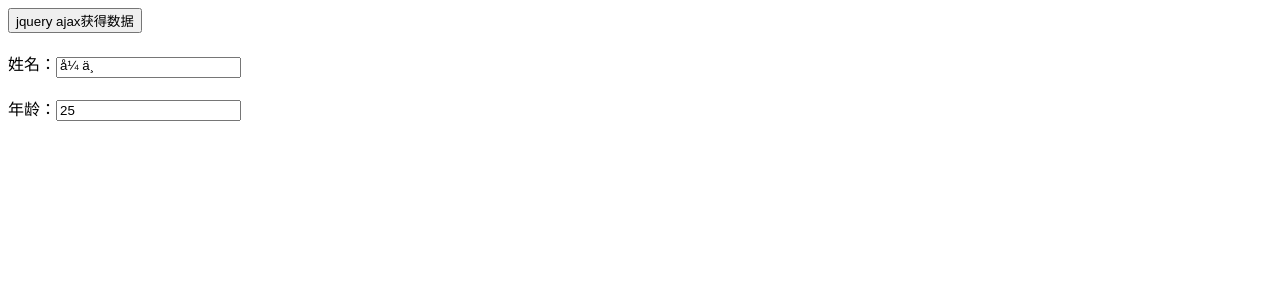
Repository: jsjchai/springmvc_study
Page: http://localhost/jquery02_ajax_json/post.jsp
The author's editor kept a copy of each file at every save. The page is drawn from the files as they stood at one save, then again after the next save.
The browser window is 1280 px wide. The pictures show the whole page.
Empty fields were first filled with sample values (such as "Sample", 5 or name@example.com).
After loading, the first visible `#b1` was clicked once.
The page is served by Tomcat 9.

Above is the page before, as saved 2015-04-08 15:51:52.

### springmvc/jquery/jquery02_ajax_json/WebContent/post.jsp
<%@ page language="java" contentType="text/html; charset=utf-8"
    pageEncoding="utf-8"%>
<!DOCTYPE html PUBLIC "-//W3C//DTD HTML 4.01 Transitional//EN" "http://www.w3.org/TR/html4/loose.dtd">
<html>
<head>
<meta http-equiv="Content-Type" content="text/html; charset=utf-8">
<script type="text/javascript" src="${pageContext.request.contextPath}/js/jquery-1.11.2.js"></script>
<script type="text/javascript">
	$(document).ready(function(){

		$("#b1").click(function(){
			$.post("jqueryServlet?action=post",{"name":"张三","age":25},function(data,textStatus){
				//alert(data);
				alert(textStatus);

					$("#name").val(data.name);
					$("#age").val(data.age);


			},"json");
		});
	});
</script>
<title></title>
</head>
<body>
	<input type="button" id="b1" value="jquery ajax获得数据"><br><br>
	姓名：<input type="text" id="name"><br><br>
	年龄：<input type="text" id="age">
</body>
</html>

### springmvc/jquery/jquery02_ajax_json/src/com/jquery/servlet/JqueryServlet.java
package com.jquery.servlet;

import java.io.IOException;
import java.io.PrintWriter;

import javax.servlet.ServletException;
import javax.servlet.annotation.WebServlet;
import javax.servlet.http.HttpServlet;
import javax.servlet.http.HttpServletRequest;
import javax.servlet.http.HttpServletResponse;

import net.sf.json.JSONObject;

@WebServlet("/jqueryServlet")
public class JqueryServlet extends HttpServlet {
	private static final long serialVersionUID = 1L;

	protected void doGet(HttpServletRequest request,
			HttpServletResponse response) throws ServletException, IOException {
		doPost(request, response);
	}

	protected void doPost(HttpServletRequest request,
			HttpServletResponse response) throws ServletException, IOException {
		 response.setContentType("text/html;charset=UTF-8");
		String action=request.getParameter("action");
		if("load".equals(action)){
			load(request, response);
		}else if("post".equals(action)){
			post(request, response);
		}
	}

	private void load(HttpServletRequest request,
			HttpServletResponse response) throws ServletException, IOException {
		PrintWriter out=response.getWriter();
		out.print("load-->jquery-->精神打击");
	}

	private void post(HttpServletRequest request,
			HttpServletResponse response) throws ServletException, IOException {
		String name=request.getParameter("name");
		String age=request.getParameter("age");
		System.out.println("name="+name);
		System.out.println("age="+age);
		//PrintWriter out=response.getWriter();
		JSONObject jsonResult=new JSONObject();
		jsonResult.put("name", name);
		jsonResult.put("age", age);
		PrintWriter out=response.getWriter();
		out.print(jsonResult);
		out.flush();
		out.close();
	}
}

Loaded but not shown: springmvc/jquery/jquery02_ajax_json/WebContent/js/jquery-1.11.2.js (library)

After the next save:
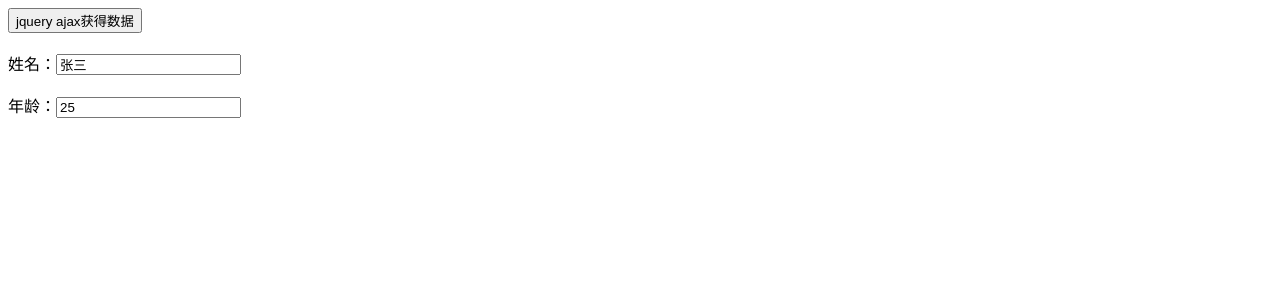
Saved 24 s later.
--- a/springmvc/jquery/jquery02_ajax_json/WebContent/post.jsp
+++ b/springmvc/jquery/jquery02_ajax_json/WebContent/post.jsp
@@ -9,7 +9,7 @@
 	$(document).ready(function(){
 
 		$("#b1").click(function(){
-			$.post("jqueryServlet?action=post",{"name":"张三","age":25},function(data,textStatus){
+			$.get("jqueryServlet?action=post",{"name":"张三","age":25},function(data,textStatus){
 				//alert(data);
 				alert(textStatus);
 

After the save that followed:
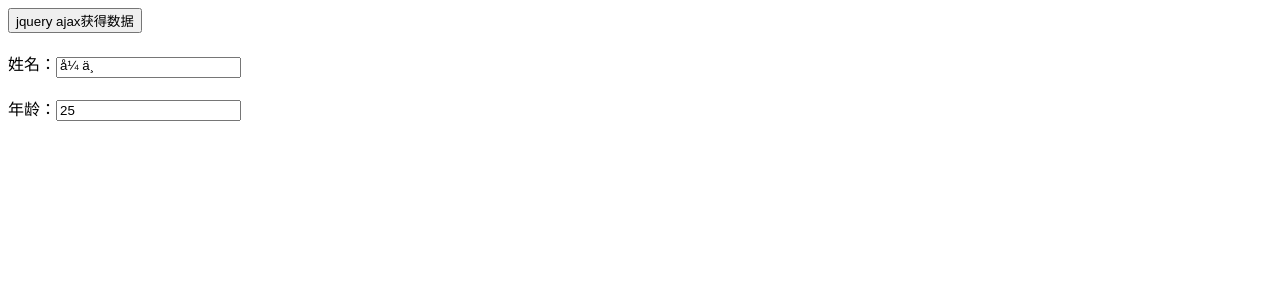
Saved 27 s later.
--- a/springmvc/jquery/jquery02_ajax_json/WebContent/post.jsp
+++ b/springmvc/jquery/jquery02_ajax_json/WebContent/post.jsp
@@ -9,7 +9,7 @@
 	$(document).ready(function(){
 
 		$("#b1").click(function(){
-			$.get("jqueryServlet?action=post",{"name":"张三","age":25},function(data,textStatus){
+			$.post("jqueryServlet?action=post",{"name":"张三","age":25},function(data,textStatus){
 				//alert(data);
 				alert(textStatus);
 
